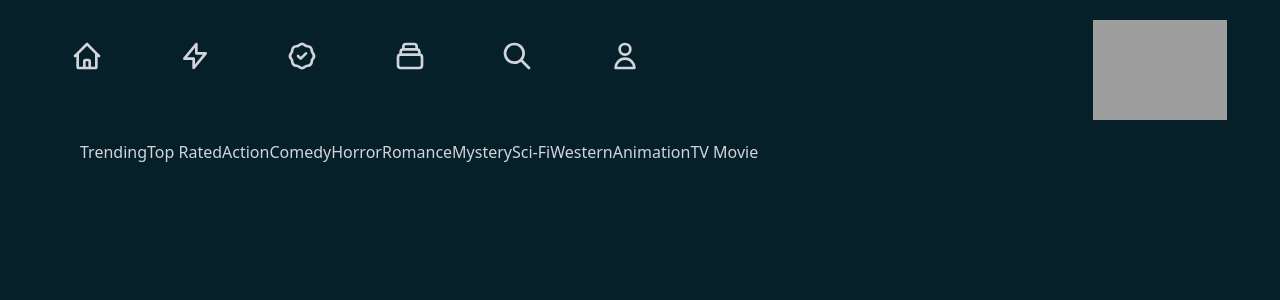
Repository: judahsullivan/hulu-next-clone
Page: /
These files come from the project's save history. The page is drawn as it stood at one moment and after a run of saves; the edit follows.
The browser window is 1280 px wide. The pictures show the whole page.
Pictures or frames that could not be fetched are drawn as grey boxes. The project was rebuilt for these pictures with package versions that can differ from the ones it lists, and the page was loaded fresh each time. The framework's server and built-in components were replaced by stand-ins that run in the browser. Also part of the build but not shown: next.config.js.

Above is the page before, as saved 2022-10-05 12:13:28.

### pages/index.js
import Head from 'next/head'
import Header from '../components/Header'
import Nav from '../components/Nav'

export default function Home() {
  return (
    <div className=''>
      <Head>
        <title>Hulu-Clone App</title>
        <meta name="description" content="Generated by create next app" />
        <link rel="icon" href="/favicon.ico" />
      </Head>


      {/**Header */}
      <Header/>

      {/**Navigation */}
      <Nav/>
    </div>
  )
}

### styles/globals.css
@tailwind base;
@tailwind components;
@tailwind utilities;


@layer base {
  body {
    @apply bg-[#06202A] text-gray-300
  }
}

### components/Header.js
import Image from 'next/image'
import HeaderItems from './HeaderItems'
import {HomeIcon, CollectionIcon, BadgeCheckIcon, LightningBoltIcon, SearchIcon, UserIcon} from '@heroicons/react/outline'

function Header() {
  return (
    <header className=  "flex flex-col md:flex-row m-5 justify-between items-center h-auto">
    <div className='flex flex-grow justify-evenly max-w-2xl'>
        <HeaderItems title="HOME" Icon={HomeIcon}/>
        <HeaderItems title="TRENDING" Icon={LightningBoltIcon}/>
        <HeaderItems title="VERIFIED" Icon={BadgeCheckIcon}/>
        <HeaderItems title="COLLECTION" Icon={CollectionIcon}/>
        <HeaderItems title="SEARCH" Icon={SearchIcon}/>
        <HeaderItems title="ACCOUNT" Icon={UserIcon}/>
    </div>
   <Image
   src='https://links.papareact.com/ua6'
   width={200}
   height={100}
   alt='logo'
   className='object-contain'
   />

    </header>
  )
}

export default Header

### components/Nav.js
import request from "../utils/request"

function Nav() {
  return (
    <nav>
        <div className="flex px-18 sm:px-20 ">
            {Object.entries(request).map(([key,{
                title, url}]) => (
                    <h2 key={key} className='cursor-pointer transition duration-100 transform hover:scale-125 hover:text-white active:text-red-500'>{title}</h2>
                ))}

        </div>


    </nav>
  )
}

export default Nav

### components/HeaderItems.js
import { m } from "framer-motion"




function HeaderItems({Icon, title}) {


  return (
    <div className="flex flex-col items-center cursor-pointer ease-in-out duration-100 group w-12 md:w-20 hover:text-white hover:animate-bounce">
        <Icon
        className='h-8 mb-1 '/>
        <p className=' opacity-0 tracking-widest group-hover:opacity-100'>{title}</p>
    </div>

  )
}

export default HeaderItems

### utils/request.js
const API_KEY = process.env.API_KEY;

export default {
  fetchTrending: {
    title: "Trending",
    url: `/trending/all/week?api_key=${API_KEY}&language=en-US`,
  },
  fetchTopRated: {
    title: "Top Rated",
    url: `/movie/top_rated?api_key=${API_KEY}&language=en-US`,
  },
  fetchActionMovies: {
    title: "Action",
    url: `/discover/movie?api_key=${API_KEY}&with_genres=28`,
  },
  fetchComedyMovies: {
    title: "Comedy",
    url: `/discover/movie?api_key=${API_KEY}&with_genres=35`,
  },
  fetchHorrorMovies: {
    title: "Horror",
    url: `/discover/movie?api_key=${API_KEY}&with_genres=27`,
  },
  fetchRomanceMovies: {
    title: "Romance",
    url: `/discover/movie?api_key=${API_KEY}&with_genres=10749`,
  },
  fetchMystery: {
    title: "Mystery",
    url: `/discover/movie?api_key=${API_KEY}&with_genres=9648`,
  },
  fetchSciFi: {
    title: "Sci-Fi",
    url: `/discover/movie?api_key=${API_KEY}&with_genres=878`,
  },
  fetchWestern: {
    title: "Western",
    url: `/discover/movie?api_key=${API_KEY}&with_genres=37`,
  },
  fetchAnimation: {
    title: "Animation",
    url: `/discover/movie?api_key=${API_KEY}&with_genres=16`,
  },
  fetchTV: {
    title: "TV Movie",
    url: `/discover/movie?api_key=${API_KEY}&with_genres=10770`,
  },
};

### tailwind.config.js
/** @type {import('tailwindcss').Config} */
module.exports = {
  mode: 'jit',
  content: [
    "./pages/**/*.{js,ts,jsx,tsx}",
    "./components/**/*.{js,ts,jsx,tsx}",
  ],
  theme: {
    extend: {},
  },
  plugins: [],
}

Loaded but not shown: pages/_app.js (common file)

After the next 2 saves:
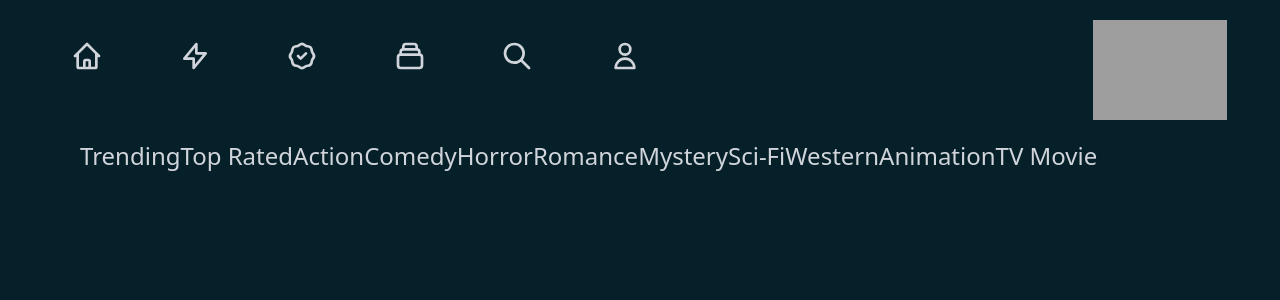
The 2 saves are shown as one change because they came seconds apart.
The last was saved 11 s later.
--- a/components/Nav.js
+++ b/components/Nav.js
@@ -3,7 +3,7 @@ import request from "../utils/request"
 function Nav() {
   return (
     <nav>
-        <div className="flex px-18 sm:px-20 ">
+        <div className="flex px-18 sm:px-20 text-2xl whitespace-nowrap">
             {Object.entries(request).map(([key,{
                 title, url}]) => (
                     <h2 key={key} className='cursor-pointer transition duration-100 transform hover:scale-125 hover:text-white active:text-red-500'>{title}</h2>
